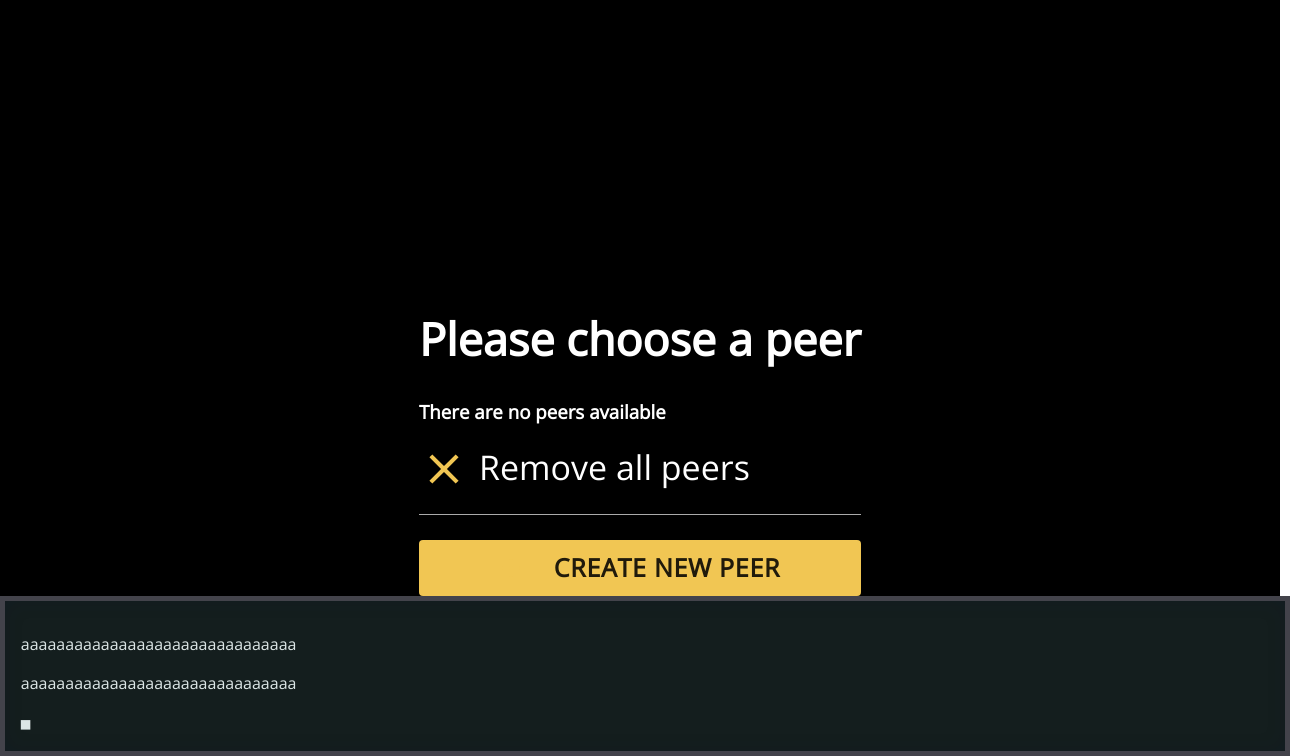
Repository: Bachdz/ASAP-Gui-Frontend
Page: /login
The author's editor kept a copy of each file at every save. The page is drawn from the files as they stood at one save, then again after the next save.
The browser window is 1280 px wide. The page is 1290 px wide, so the pictures cover 1290 px, including what lies to the right of the window. The pictures show the whole page.
The page's requests for data from a server got no answer. The project was rebuilt for these pictures with package versions that can differ from the ones it lists, and the page was loaded fresh each time. No one was signed in, and anything a server would have sent is missing. Also part of the build but not shown: src/css/loginscreen/Peer.css, src/components/fragments/Footer.js, src/components/mainscreen/subcomponents/Apps.js, src/css/mainscreen/Main.css, src/components/mainscreen/Main.js.

Above is the page before, as saved 2020-12-16 19:23:34.

After the next save:
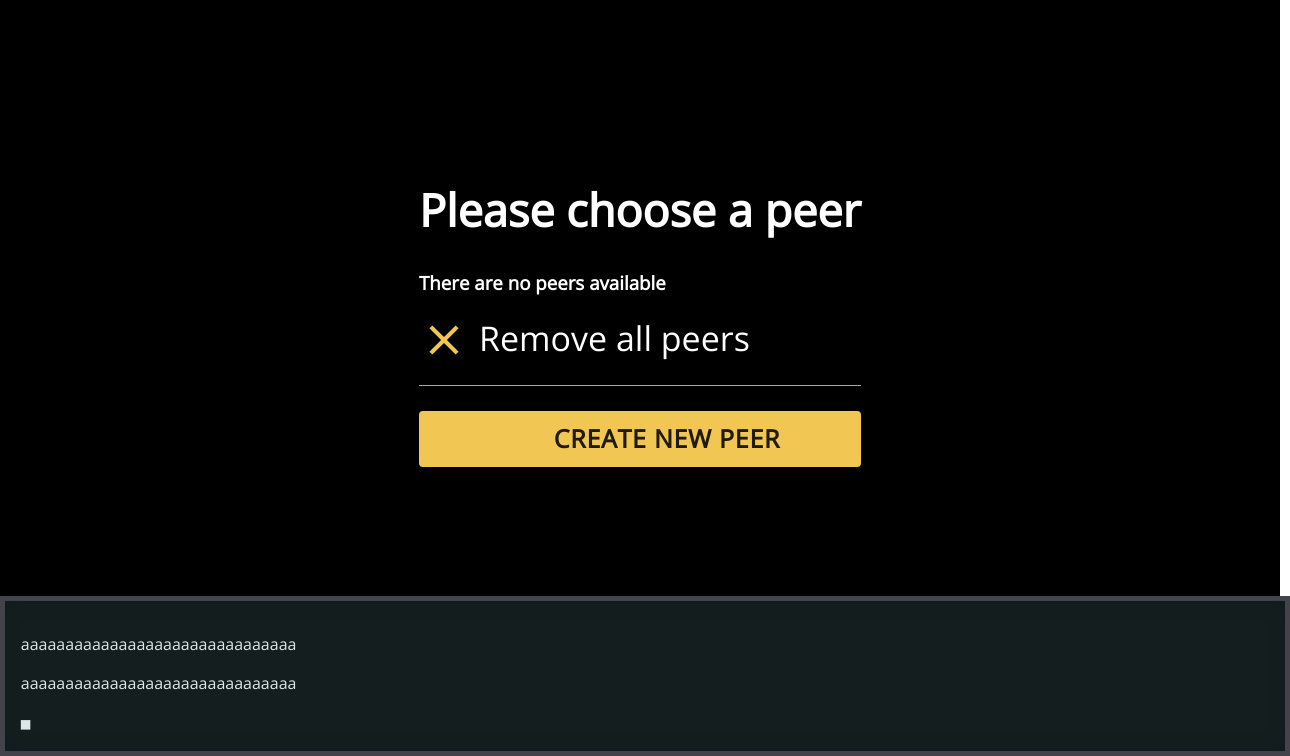
Saved 88 s later.
--- a/src/css/loginscreen/Login.css
+++ b/src/css/loginscreen/Login.css
@@ -3,9 +3,6 @@
 
 
 
-.login-container {
-    margin-top:auto;
-}
 .content {
     display: flex;
     align-items: center;
